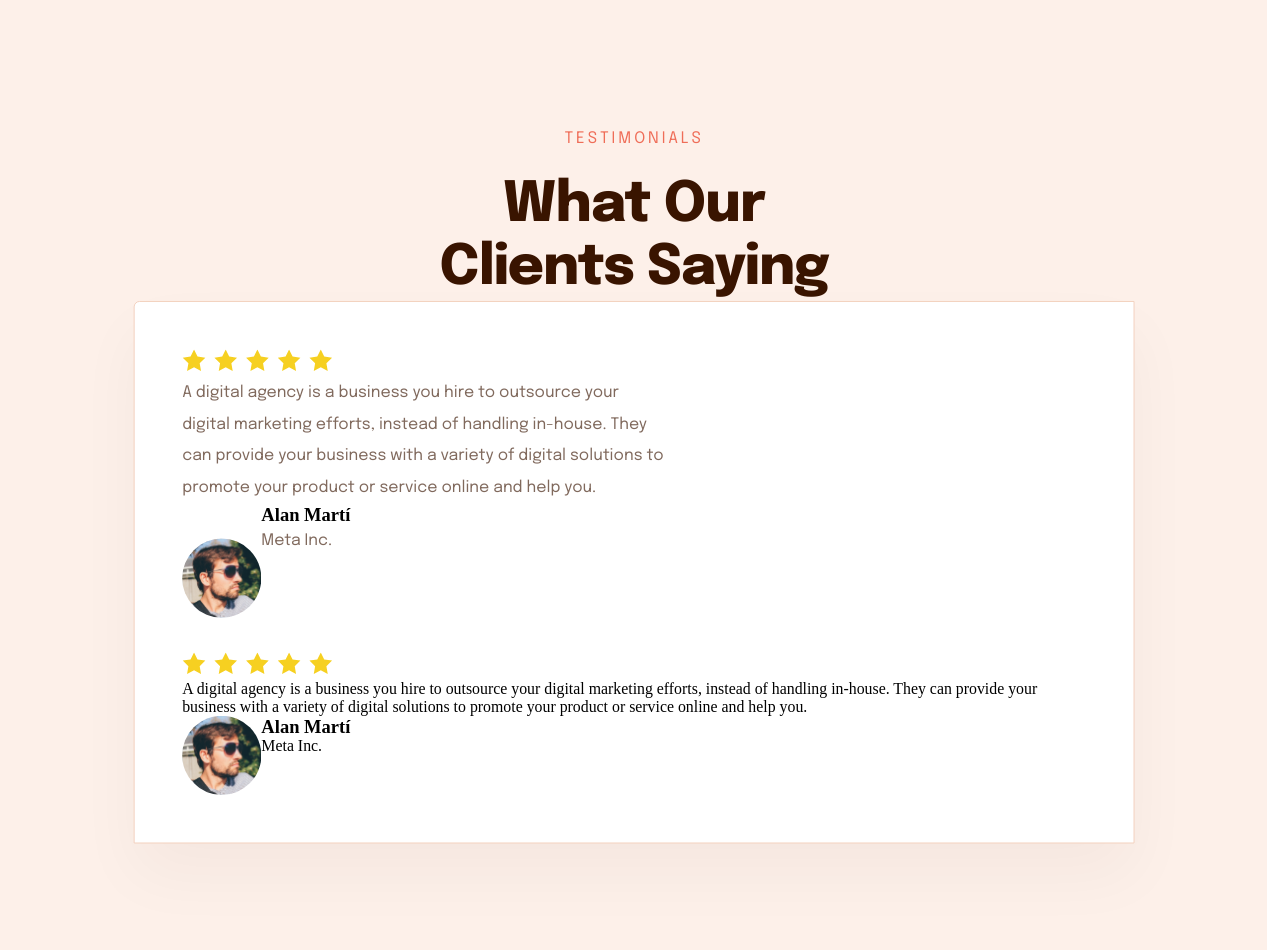
Repository: simralgasimov/task
Page: index.html
The author's editor kept a copy of each file at every save. The page is drawn from the files as they stood at one save, then again after the next save.
The browser window is 1280 px wide. The pictures show the whole page, at 99% of full size.

Above is the page before, as saved 2023-09-06 13:32:14.

After the next save:
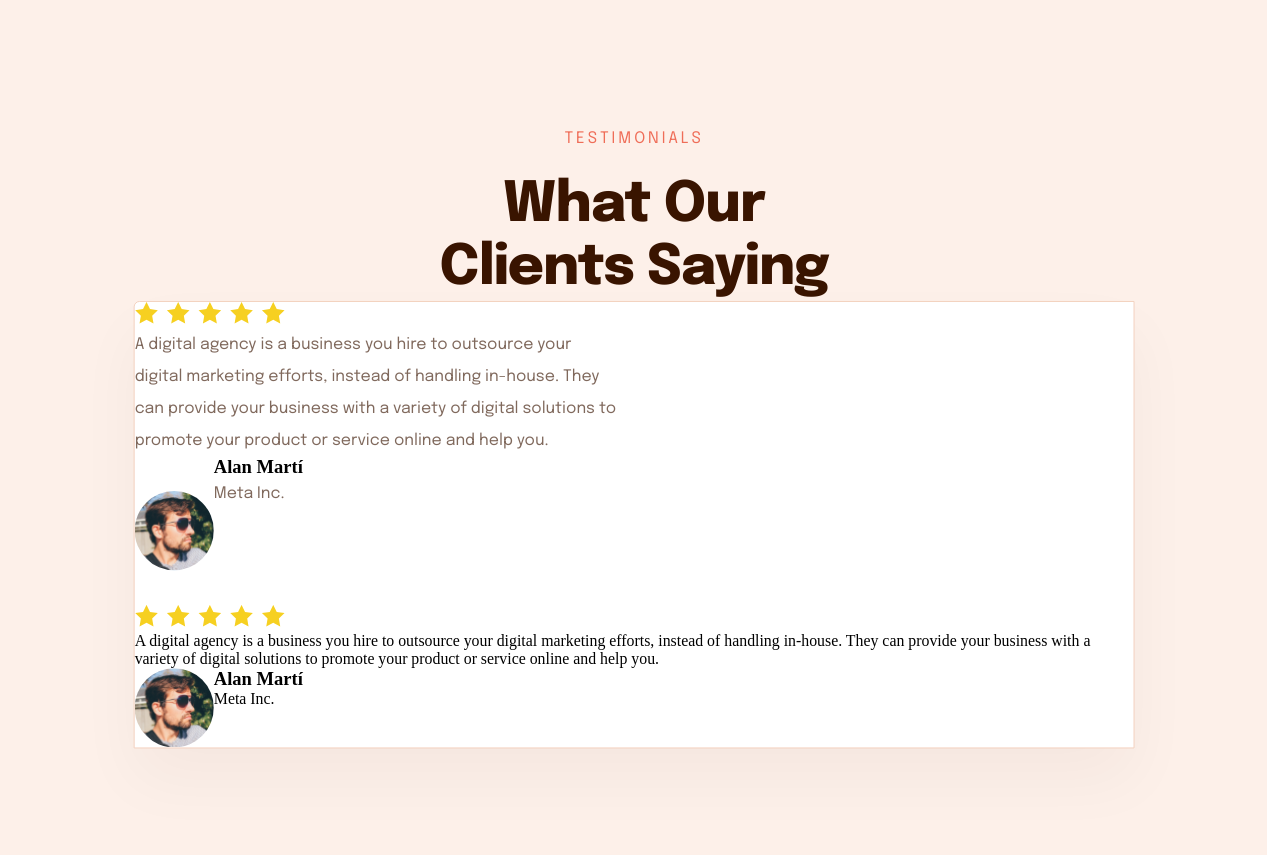
Saved 9 s later.
--- a/index.css
+++ b/index.css
@@ -38,7 +38,7 @@
 }
 
 .container .comment {
-  padding: 48px;
+
 
   border-radius: 6px 0px 0px 0px;
   border: 1px solid #f3d1bf;
